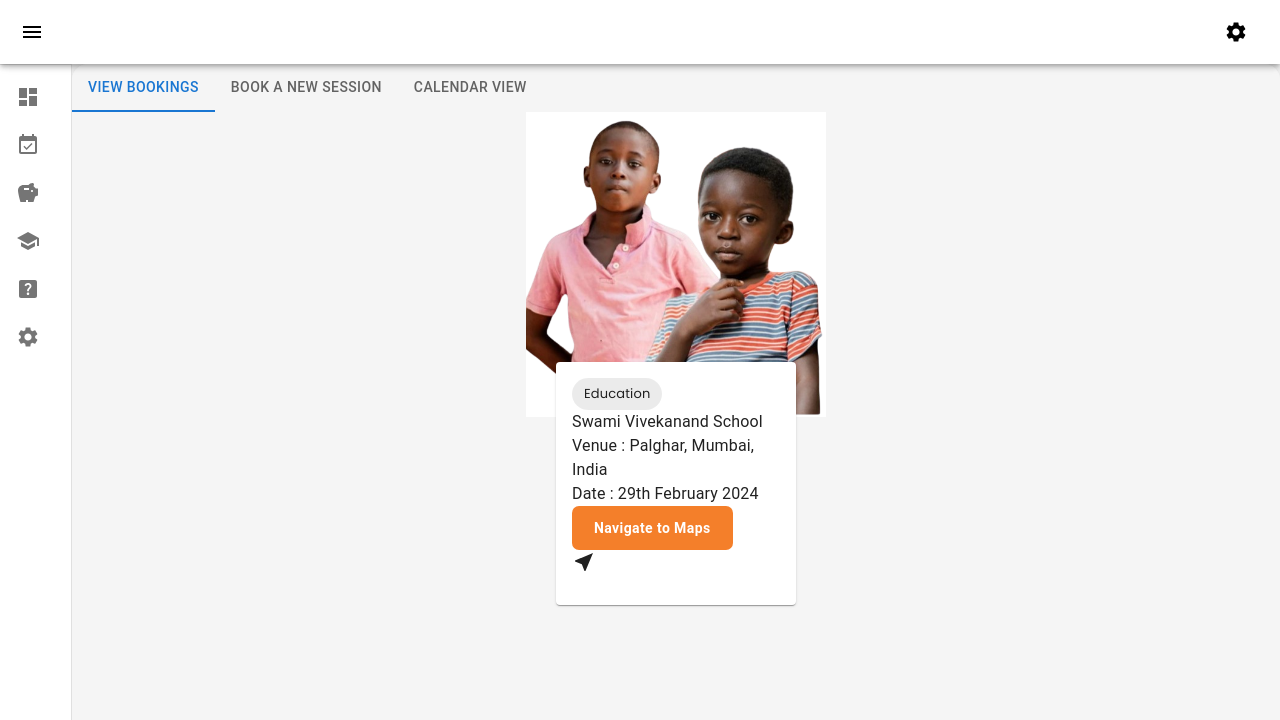
Repository: shubhampirate/Google_Solutions_Edural
Page: /bookings
These files come from the project's save history. The page is drawn as it stood at one moment and after the next save; the edit follows.
The browser window is 1280 px wide. The pictures show the whole page.
An inner scrolling area shows only its first screen. The project was rebuilt for these pictures with package versions that can differ from the ones it lists, and the page was loaded fresh each time. Some packages were replaced by stand-ins written for this rebuild. Also part of the build but not shown: src/Components/Navbar.jsx, src/Components/Footer.jsx, src/Components/CongratsCard.jsx, src/pages/Hero/Hero.jsx, src/pages/Dashboard/Dashboard.jsx, src/pages/Sign_in.jsx, src/pages/Bookings/LicenseCard.jsx.

Above is the page before, as saved 2024-02-04 18:05:14.

After the next save:
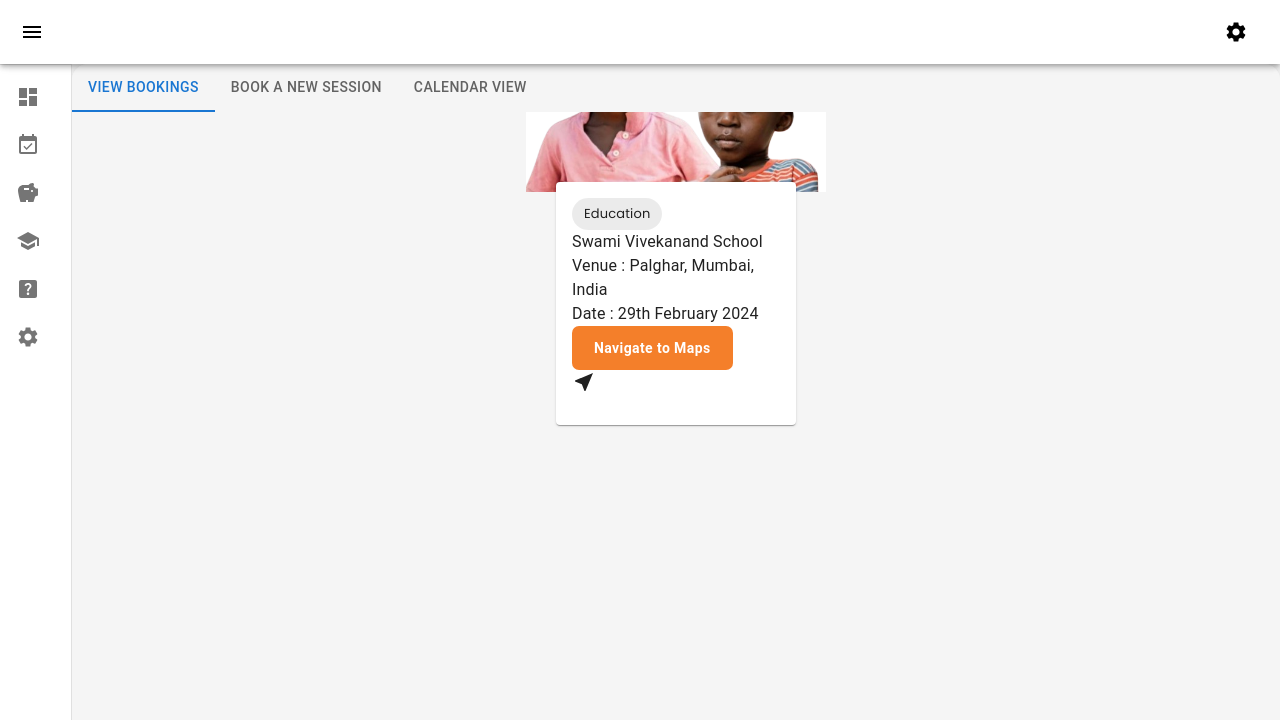
Saved 11 s later.
--- a/src/pages/Bookings/bookings.jsx
+++ b/src/pages/Bookings/bookings.jsx
@@ -106,7 +106,7 @@ export default function Booking() {
                alt="card-background"
                style={{
                  width: '300px',
-                 height: '"300px"',
+                 height: '5rem',
                  objectFit: 'cover',
                }}
              />
